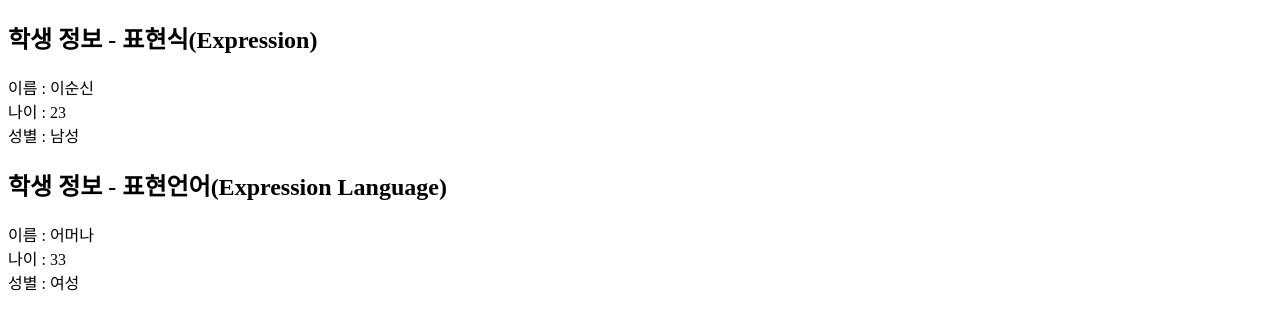
Repository: lopanghub/git_study
Page: http://localhost/JSPClassCh03/studentInfo.jsp
An editor plug-in stored every save of this project. The page is shown before and after the next save, followed by the edit.
The browser window is 1280 px wide. The pictures show the whole page.
The page is served by Tomcat 9.

Above is the page before, as saved 2024-04-02 06:40:13.

After the next save:
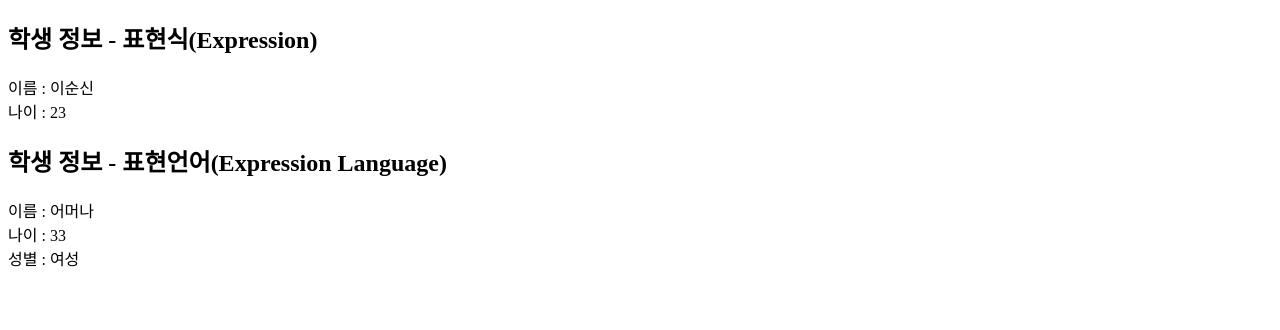
Saved 2 min 7 s later.
--- a/JSPStudy/JSPClassCh03/src/main/webapp/studentInfoResult.jsp
+++ b/JSPStudy/JSPClassCh03/src/main/webapp/studentInfoResult.jsp
@@ -15,7 +15,7 @@
 	<h2>학생 정보 - 표현식(Expression)</h2>
 	이름 : <%=s1.getName() %><br>
 	나이 : <%=s1.getAge() %><br>
-	성별 : <%=s1.getGender() %>
+	<%-- 성별 : <%=s1.getGender() %> --%>
 
 	<h2>학생 정보 - 표현언어(Expression Language)</h2>
 	이름 : ${s2.name }<br>
